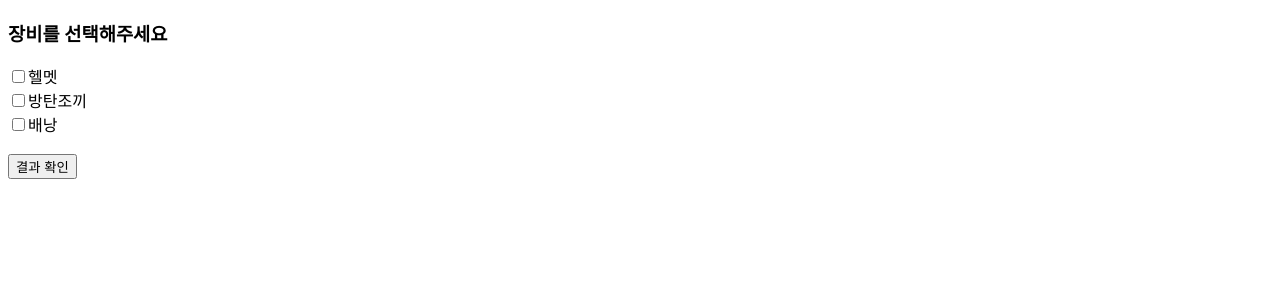
Repository: Tak-kuen/18-2
Page: http://localhost/1501163-report1/4_equipmentSelect.jsp
An editor plug-in stored every save of this project. The page is shown before and after the next save, followed by the edit.
The browser window is 1280 px wide. The pictures show the whole page.
The page is served by Tomcat 9.

Above is the page before, as saved 2018-09-07 09:38:07.

### code/1501163-report1/WebContent/4_equipmentSelect.jsp
<%@ page language="java" contentType="text/html; charset=UTF-8"
    pageEncoding="UTF-8"%>
<!DOCTYPE html>
<html>
<head>
<meta charset="UTF-8">
<title>1501163</title>
</head>
<body>
<h3>장비를 선택해주세요</h3>
<%
String subWeapon = request.getParameter("sub");
session.setAttribute("subWeapon",subWeapon);
%>
<form action="5_result.jsp" method="post">
<input type="checkbox" name="equipment" value="helmet">헬멧<br/>
<input type="checkbox" name="equipment" value="vest">방탄조끼<br/>
<input type="checkbox" name="equipment" value="bag">배낭<br/>
<br/>
<input type="submit" value="결과 확인">


</form>
</body>
</html>

After the next save:
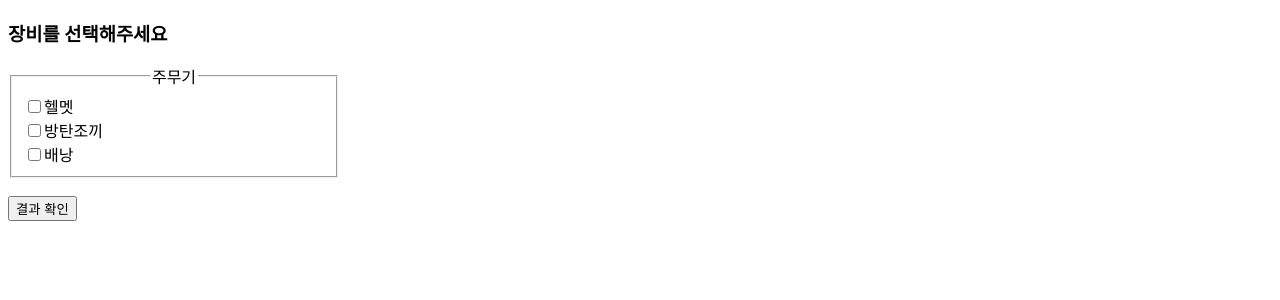
Saved 32 s later.
--- a/code/1501163-report1/WebContent/4_equipmentSelect.jsp
+++ b/code/1501163-report1/WebContent/4_equipmentSelect.jsp
@@ -13,9 +13,12 @@
 session.setAttribute("subWeapon",subWeapon);
 %>
 <form action="5_result.jsp" method="post">
+<fieldset style="width: 300px;">
+<legend align=center>주무기</legend>
 <input type="checkbox" name="equipment" value="helmet">헬멧<br/>
 <input type="checkbox" name="equipment" value="vest">방탄조끼<br/>
 <input type="checkbox" name="equipment" value="bag">배낭<br/>
+</fieldset>
 <br/>
 <input type="submit" value="결과 확인">
 
